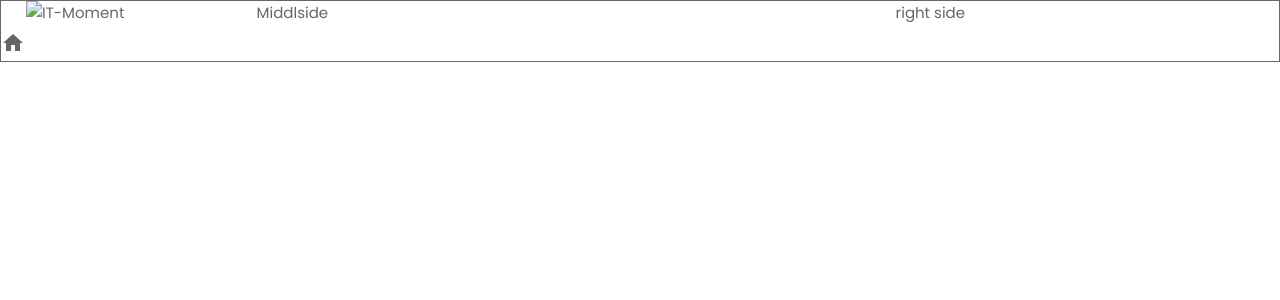
Repository: phantinhtam/IT_Moments
Page: / (app in client/)
These files come from the project's save history. The page is drawn as it stood at one moment and after a run of saves; the edit follows.
The browser window is 1280 px wide. The pictures show the whole page.
The project was rebuilt for these pictures with package versions that can differ from the ones it lists, and the page was loaded fresh each time. Also part of the build but not shown: client/src/slide.css, client/src/comporments/Header.jsx, client/src/comporments/Footer.jsx, client/src/comporments/Layout.jsx, client/src/pages/ErrorPage.jsx, client/src/comporments/PostAuthor.jsx, client/src/comporments/PostItem.jsx, client/src/data.js and 7 more.

Above is the page before, as saved 2024-08-24 10:57:22.

After the next 2 saves:
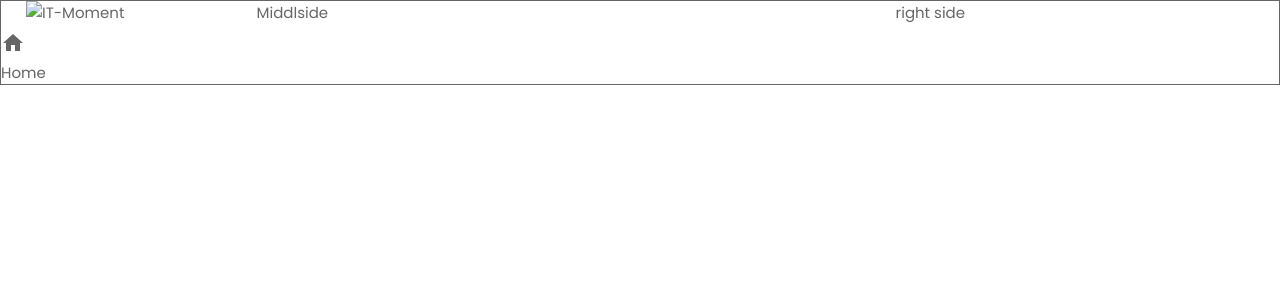
The 2 saves are shown as one change because they came seconds apart.
The last was saved 11 s later.
--- a/client/src/IG/leftSide.jsx
+++ b/client/src/IG/leftSide.jsx
@@ -11,7 +11,7 @@
       <div className='navLinkPart'>
         <div className='navLink'>
             <HomeIcon sx={{fontSide:"30px",margin:"0 20px 0 0"}}/>
-            <div className=''></div>
+            <div className='navHome'>Home</div>
         </div>
       </div>
     </div>
